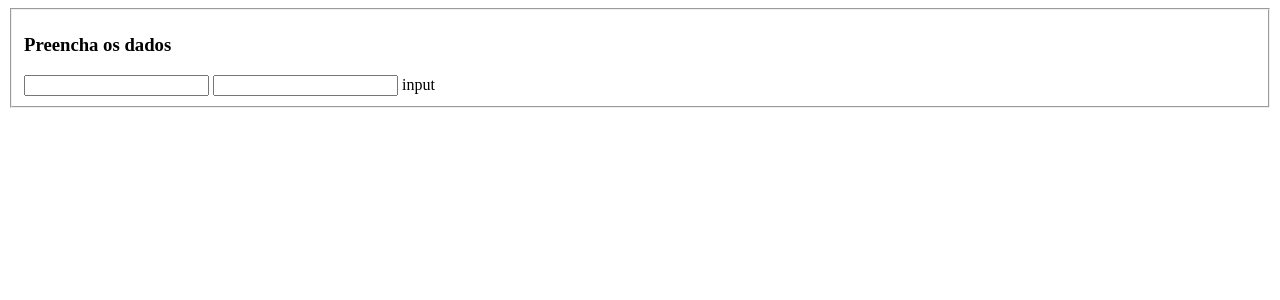
Repository: Leonngc/DEV-COLLEGE
Page: registration.html
The author's editor kept a copy of each file at every save. The page is drawn from the files as they stood at one save, then again after a run of saves.
The browser window is 1280 px wide. The pictures show the whole page.

Above is the page before, as saved 2023-03-12 13:07:06.

### registration.html
<!DOCTYPE html>
<html lang="pt-br">
<head>
    <meta charset="UTF-8">
    <meta http-equiv="X-UA-Compatible" content="IE=edge">
    <meta name="viewport" content="width=device-width, initial-scale=1.0">
    <title>Matricule-se</title>
</head>
<body>
    <header>

    </header>
    <main>
        <fieldset>
            <h3>Preencha os dados</h3>
            <form action="">
                <input type="text" id="username" required minlength="1" maxlength="99">
                <input type="email" name="emailUser" id="userEmail" required>
                input
            </form>
        </fieldset>
    </main>
</body>
</html>

After the next 2 saves:
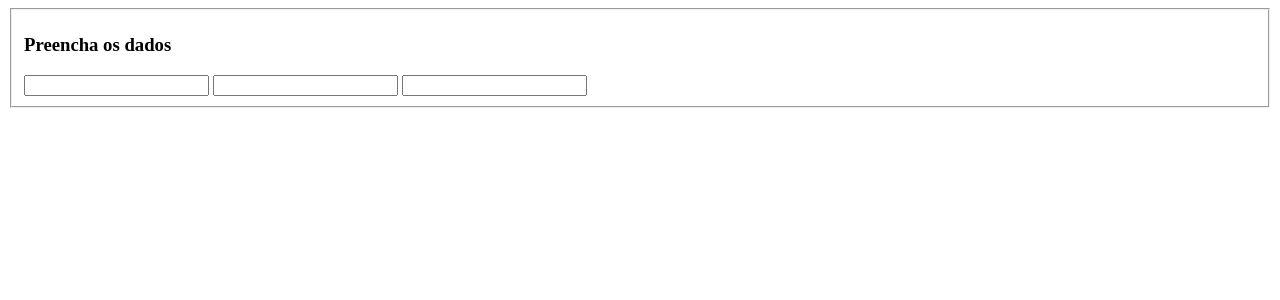
The 2 saves are shown as one change because they came seconds apart.
The last was saved 114 s later.
--- a/registration.html
+++ b/registration.html
@@ -16,7 +16,7 @@
             <form action="">
                 <input type="text" id="username" required minlength="1" maxlength="99">
                 <input type="email" name="emailUser" id="userEmail" required>
-                input
+                <input type="tel" name="" id="" pattern="">
             </form>
         </fieldset>
     </main>
